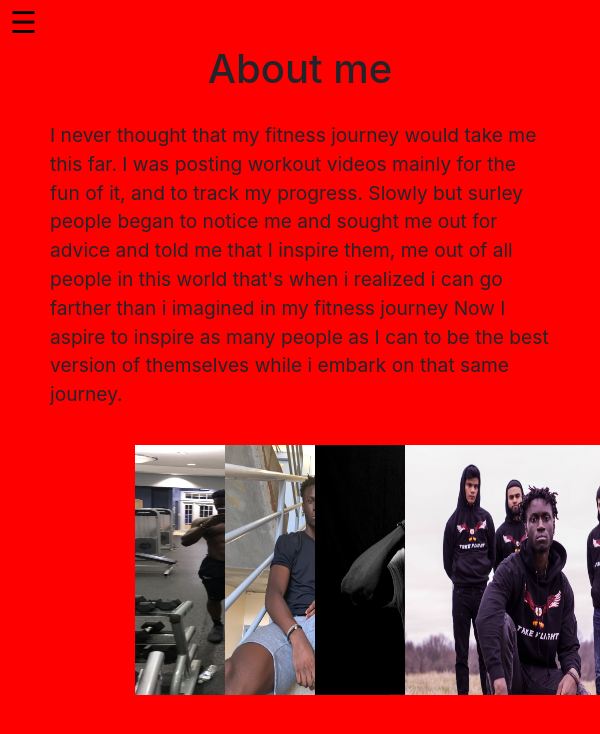
Repository: mamadont/MamadouFitnessWebsite
Page: pages-html/about-me.html
The author's editor kept a copy of each file at every save. The page is drawn from the files as they stood at one save, then again after the next save.
The browser window is 600 px wide. The pictures show the whole page.
Some web libraries are served in a nearby version.

Above is the page before, as saved 2020-07-09 00:14:46.

After the next save:
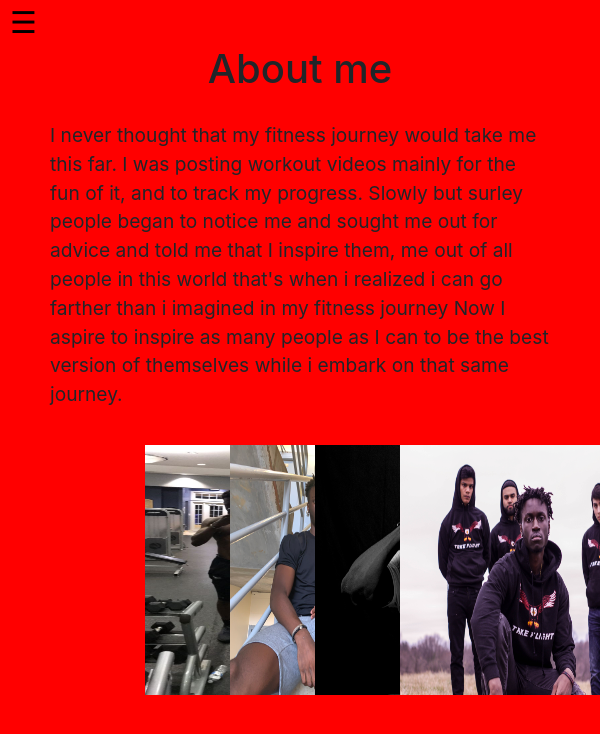
Saved 9 s later.
--- a/pages-css/about-me.css
+++ b/pages-css/about-me.css
@@ -120,4 +120,7 @@
     #about-me-desc {
         padding: 20px;
     }
+    #image-row {
+        margin: auto;
+    }
 }

After the save that followed:
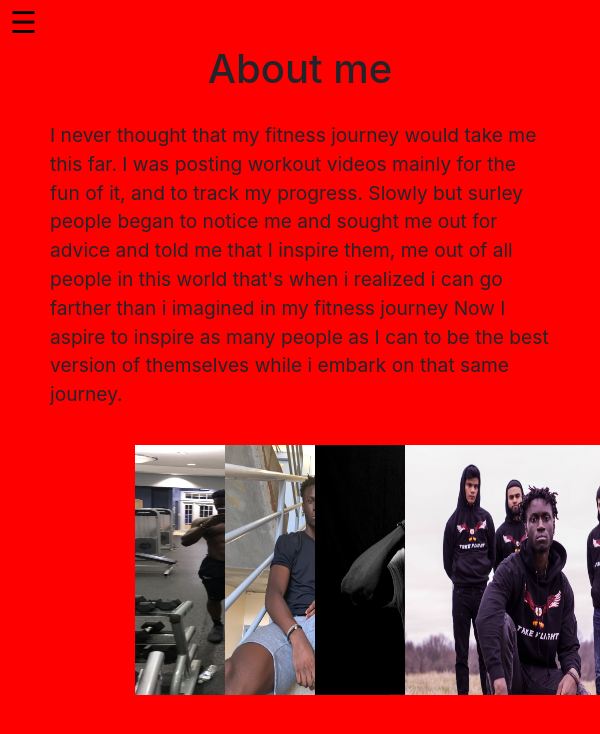
Saved 12 s later.
--- a/pages-css/about-me.css
+++ b/pages-css/about-me.css
@@ -121,6 +121,6 @@
         padding: 20px;
     }
     #image-row {
-        margin: auto;
+        left: 50%;
     }
 }
